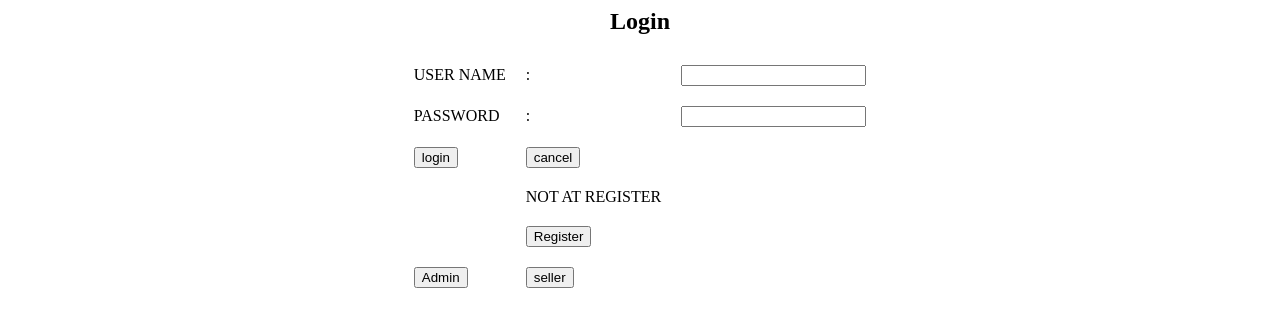
Repository: saik46573/sai
Page: http://localhost/Project/
The author's editor kept a copy of each file at every save. The page is drawn from the files as they stood at one save, then again after the next save.
The browser window is 1280 px wide. The pictures show the whole page.
The page is served by Tomcat 9. Other server files are loaded and not shown.

Above is the page before, as saved 2023-08-08 10:48:01.

### eclipse-workspace/Project/src/main/webapp/index.jsp
<html>
<body>
<h2 align="center">Login </h2>
<form action="login" method="post">
	<table  align="center" cellpadding="10px" style="border-collapse: collapse">
	<tr>
	<td>USER NAME</td>
	<td> : </td>
	<td> <input type= "text" ></td>
	</tr>
	<tr>
	<td>PASSWORD</td>
	<td> : </td>
	<td> <input type= "text" ></td>
	</tr>
	<tr>
	<td><input type="submit" value="login"></td>
	<td> <input type= "submit" value="cancel"></td>
	</tr>
	<tr>
	<td></td>
	<td>  NOT AT REGISTER  </td>
	</tr>
	<tr>
	<td></td>
	<td><a href="Registration.html"><input type="button" value="Register"></a></td>
	</tr>
	<tr>
	<td><input type="submit" value="Admin"></td>
	<td> <input type= "submit" value="seller"></td>
	</tr>
	</table>
</form>
</body>
</html>

After the next save:
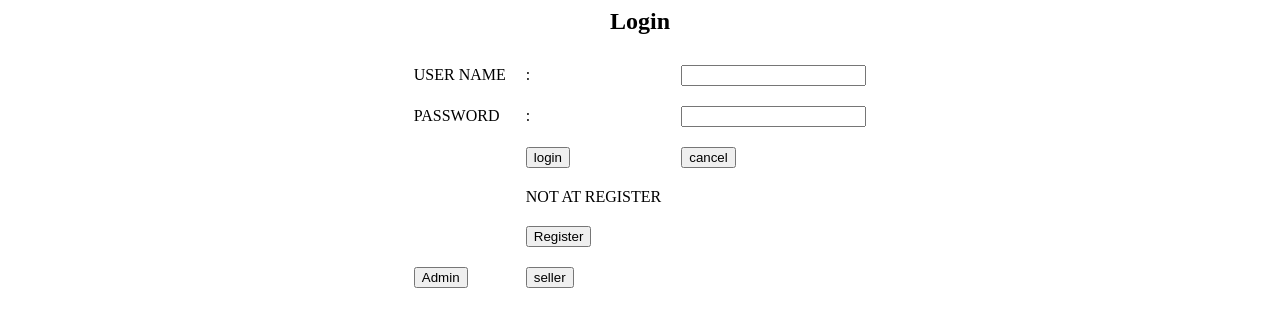
Saved 73 s later.
--- a/eclipse-workspace/Project/src/main/webapp/index.jsp
+++ b/eclipse-workspace/Project/src/main/webapp/index.jsp
@@ -5,15 +5,16 @@
 	<table  align="center" cellpadding="10px" style="border-collapse: collapse">
 	<tr>
 	<td>USER NAME</td>
-	<td> : </td>
+	<td>:</td>
 	<td> <input type= "text" ></td>
 	</tr>
 	<tr>
 	<td>PASSWORD</td>
-	<td> : </td>
+	<td>:</td>
 	<td> <input type= "text" ></td>
 	</tr>
 	<tr>
+	<td></td>
 	<td><input type="submit" value="login"></td>
 	<td> <input type= "submit" value="cancel"></td>
 	</tr>
